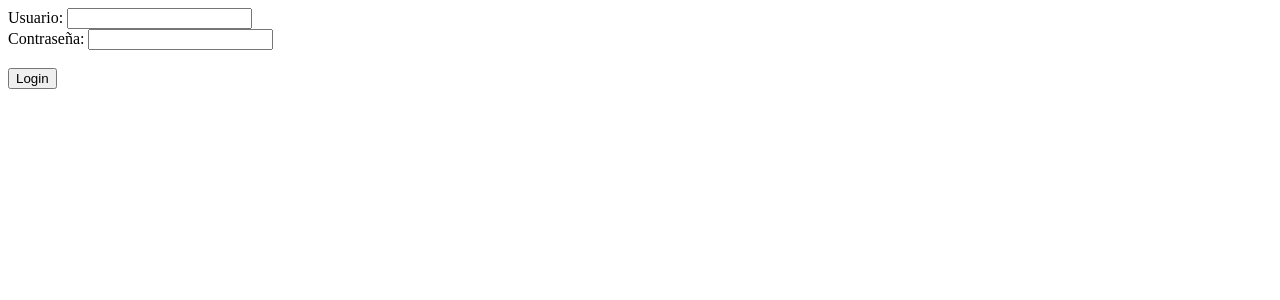
Repository: dasafo/PHP_MySQL_curso
Page: http://localhost/FormularioBaja_29_I.php
An editor plug-in stored every save of this project. The page is shown before and after the next save, followed by the edit.
The browser window is 1280 px wide. The pictures show the whole page.
The page is run by PHP 8.4 with error messages shown; the project is at /var/www/html/.

Above is the page before, as saved 2018-11-07 19:53:02.

### BBDD/FormularioBaja_29_I.php
<!DOCTYPE HTML PUBLIC "-//W3C//DTD HTML 4.01 Frameset//EN">
<html>
<head>
<meta http-equiv="Content-Type" content="text/html; charset=UTF-8">
<title>Insert title here</title>
</head>
    <body>

     <form action="PaginaBaja_29_II.php" method="get">

     <label>Usuario: <input type="text" name="usu"> </label><br>
     <label>Contraseña: <input type="text" name="con"> </label><br>

     <br><input type="submit" name="enviando" value="Login">

     </form>

    </body>

</html>

After the next save:
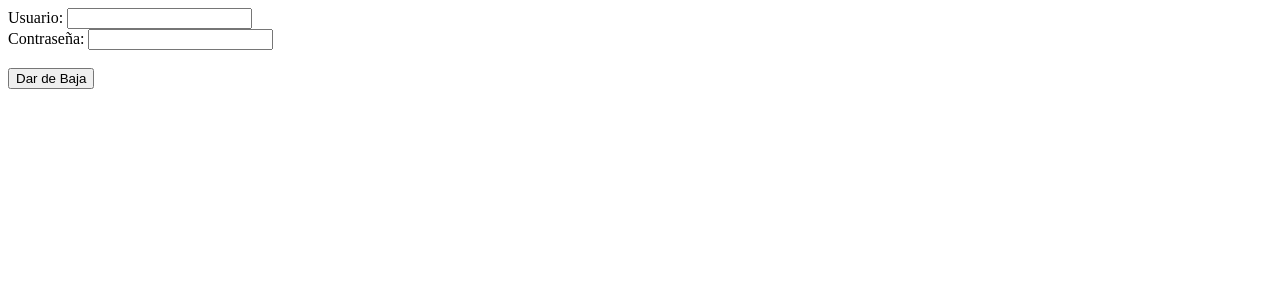
Saved 108 s later.
--- a/BBDD/FormularioBaja_29_I.php
+++ b/BBDD/FormularioBaja_29_I.php
@@ -11,7 +11,7 @@
      <label>Usuario: <input type="text" name="usu"> </label><br>
      <label>Contraseña: <input type="text" name="con"> </label><br>
 
-     <br><input type="submit" name="enviando" value="Login">
+     <br><input type="submit" name="enviando" value="Dar de Baja">
 
      </form>
 
